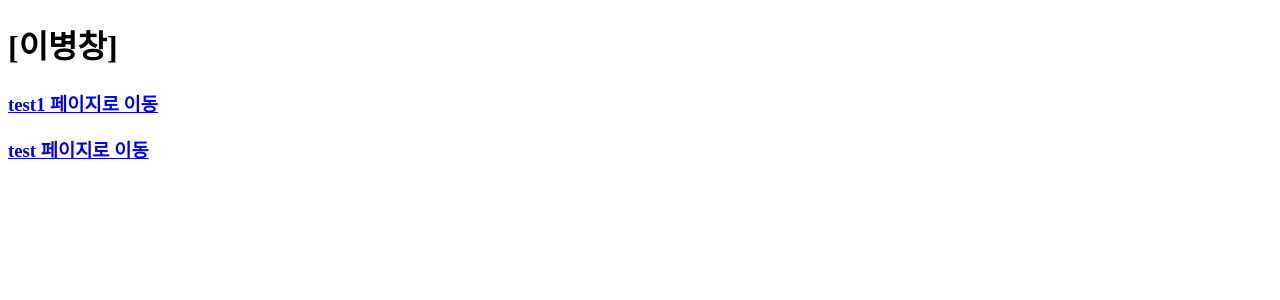
Repository: BC215/web-workspace
Page: 01_dynamicproject/src/main/webapp/index.html
These files come from the project's save history. The page is drawn as it stood at one moment and after the next save; the edit follows.
The browser window is 1280 px wide. The pictures show the whole page.

Above is the page before, as saved 2026-02-12 02:21:48.

### 01_dynamicproject/src/main/webapp/index.html
<!DOCTYPE html>
<html>
<head>
<meta charset="UTF-8">
<title>Insert title here</title>
</head>
<body>
<h1>[이병창]</h1>
<h3><a href="html/test1.html">test1 페이지로 이동</a></h3>
<h3><a href="test.html">test 페이지로 이동</a></h3>

</body>
</html>

After the next save:
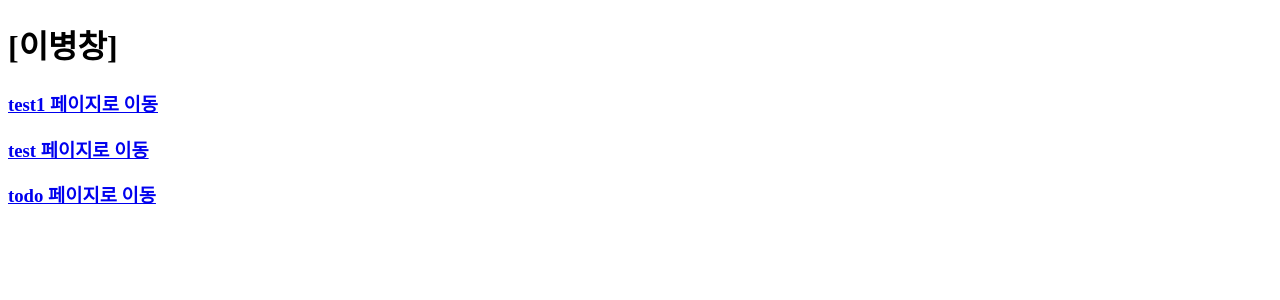
Saved 90 s later.
--- a/01_dynamicproject/src/main/webapp/index.html
+++ b/01_dynamicproject/src/main/webapp/index.html
@@ -8,6 +8,7 @@
 <h1>[이병창]</h1>
 <h3><a href="html/test1.html">test1 페이지로 이동</a></h3>
 <h3><a href="test.html">test 페이지로 이동</a></h3>
+<h3><a href="todo.html">todo 페이지로 이동</a></h3>
 
 </body>
 </html>
